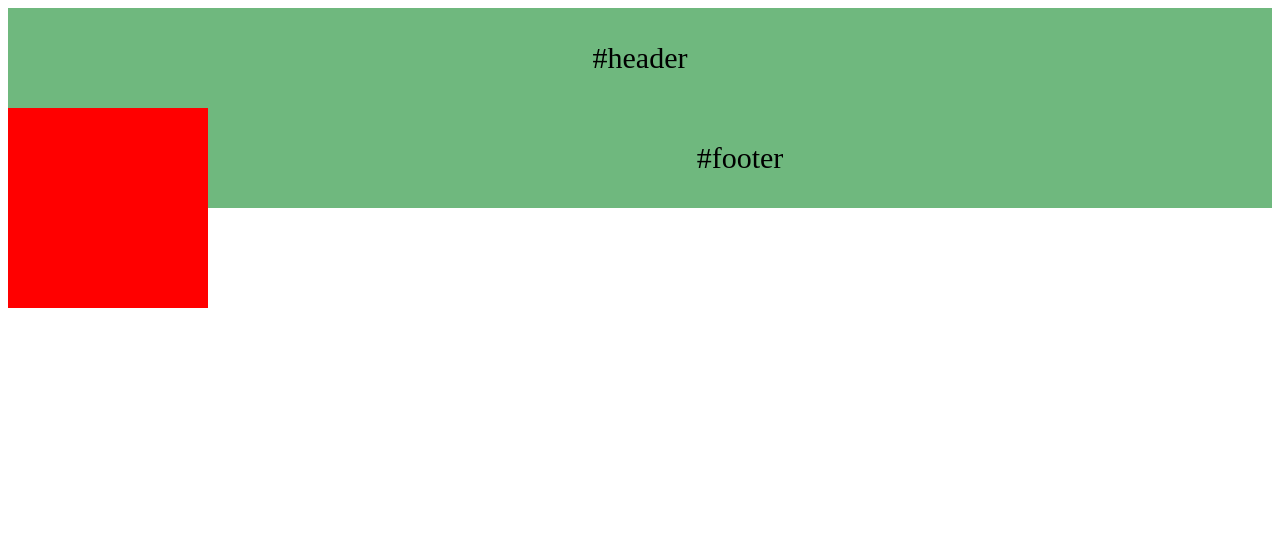
Repository: LstHeart/html-learning
Page: css/圣杯布局.html
These files come from the project's save history. The page is drawn as it stood at one moment and after the next save; the edit follows.
The browser window is 1280 px wide. The pictures show the whole page.

Above is the page before, as saved 2021-01-06 21:49:02.

### css/圣杯布局.html
<!DOCTYPE html>
<html lang="en">
<head>
    <meta charset="UTF-8">
    <meta name="viewport" content="width=device-width, initial-scale=1.0">
    <title>圣杯布局</title>
    <link rel="stylesheet" href="圣杯布局.css">
</head>
<body>
    <!-- 一个网页通常由上中下三部分组成 -->
    <!-- 1.header头部 -->
    <div class="header">#header</div>
    <!-- 2.主题内容区content -->
    <div class="contanier">
        <div class="column center"></div>
        <div class="column left"></div>
    </div>
    <!-- 3.尾部footer -->
    <div class="footer">#footer</div>

</body>
</html>

### css/圣杯布局.css
/* 头部和尾部 */
.header,.footer{
    width: 100%;
    height: 100px;
    background-color: rgb(111, 184, 126);
    text-align: center;
    font-size: 30px;
    /* vertical-align: middle; */
    line-height: 100px;
}
/* 主体 */
.container{
    padding: 0 200px;
}
.column{
    float: left;
    height: 200px;
}
.left{
    width: 200px;
    background-color: #ff0000;
}
.center{
    bgc
}

After the next save:
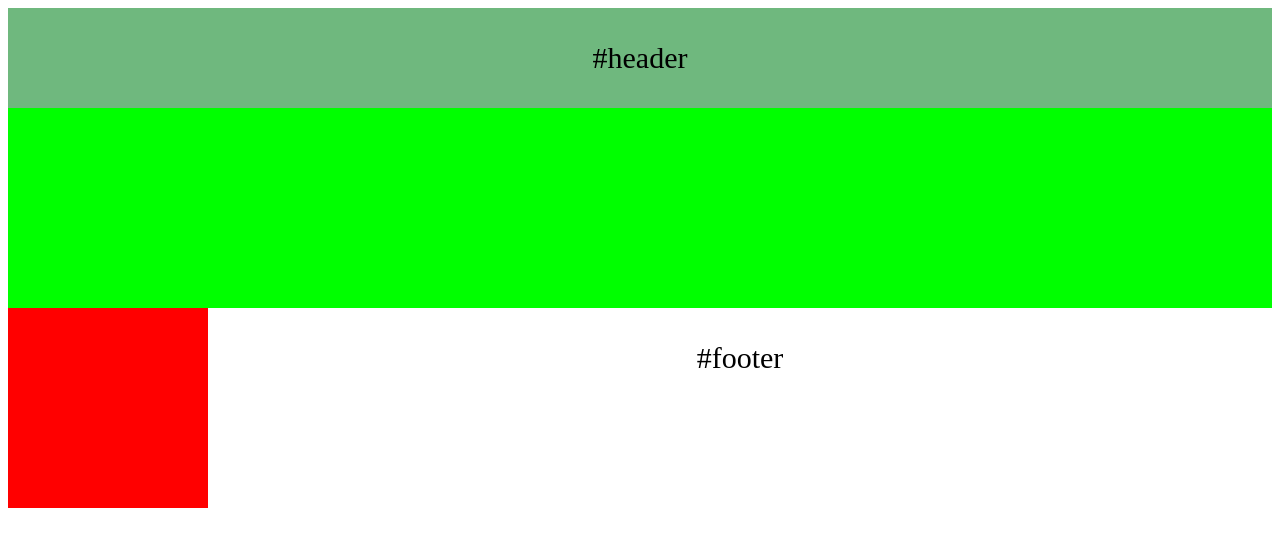
Saved 69 s later.
--- a/css/圣杯布局.css
+++ b/css/圣杯布局.css
@@ -21,5 +21,10 @@
     background-color: #ff0000;
 }
 .center{
-    bgc
+    width: 100%;
+    background-color: #00ff00;
 }
+.right{
+    width: 200px;
+    background-color: #0ff;
+}
